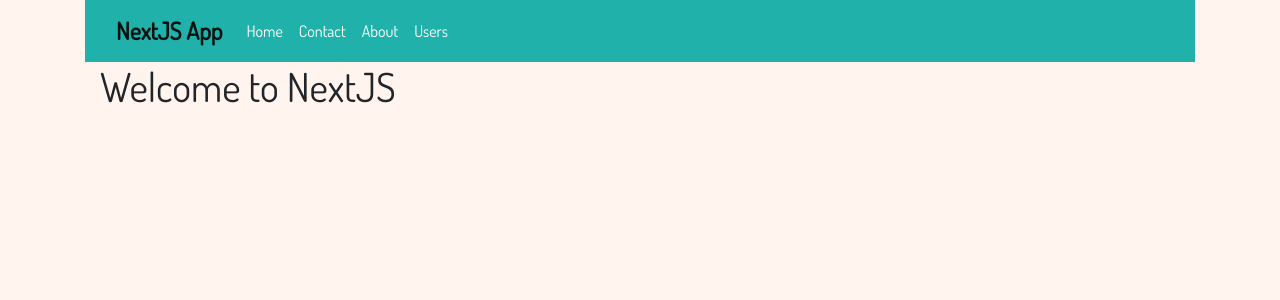
Repository: CaptainStorm21/NextJS-React16
Page: /
The author's editor kept a copy of each file at every save. The page is drawn from the files as they stood at one save, then again after the next save.
The browser window is 1280 px wide. The pictures show the whole page.
The page's requests for data from a server got no answer. The project was rebuilt for these pictures with package versions that can differ from the ones it lists, and the page was loaded fresh each time. The framework's server and built-in components were replaced by stand-ins that run in the browser. No one was signed in, and anything a server would have sent is missing. Also part of the build but not shown: styles/main.css.

Above is the page before, as saved 2020-06-10 17:42:51.

### pages/index.js
import React, { Component } from "react";
import axios from "axios";
import MainLayout from "../components/layouts/MainLayout";
// import '../styles/main.css'
import MyStyle from '../styles/main.css';

export default class Home extends Component {
  static async getInitialProps({ pathname, query, asPath, req, res }) {
    let userData;

    try {
      const response = await axios.get(
        "http://jsonplaceholder.typicode.com/users/1"
      );
      userData = response.data;
      // console.log('getting loaded first')
      // console.log(userData)
    } catch {
      console.log("error");
    }
    // const request = axios.get('http://jsonplaceholder.typicode.com/users/1')
    //   .then(response => {
    //                             console.log(response.data)
    //                           })
    // console.log(context);

    console.log(pathname);
    console.log(res);
    console.log(req);

    return {
      user: {
        name: "Francis",
        lastName: "Medici",
      },
      userData,
    };
  }
  constructor(props) {
    super(props);
    // console.log("constructor");
    console.log(this.props.user);
    this.state = {
      user: this.props.user,
      userData: this.props.userData,
    };
  }
  render() {
    console.log(this.props.user);
    console.log(this.state);
    return (
      <>
        <MainLayout>
          <h1 className={MyStyle.superAwesome}>Welcome to NextJS</h1>
        </MainLayout>
      </>
    );
  }
}

### components/layouts/MainLayout.js
import React from "react";
import Header from "../includes/Header";
import Head from "next/head";

const mainLayout = (props) => (
  <>
    <Head>
      <title>Welcomet NextJS App</title>
      <link href="#" rel="stylesheet" />
      <link
        href="https://fonts.googleapis.com/css2?family=Dosis&display=swap"
        rel="stylesheet"
      />
      <link
        href="https://cdnjs.cloudflare.com/ajax/libs/twitter-bootstrap/4.3.1/css/bootstrap.min.css"
        rel="stylesheet"
      />
      <link href="/static/css/styles.css" rel="stylesheet" />
    </Head>
    <div className="mainLayout container">
      <Header />
      <div className="container">{props.children}</div>
    </div>
  </>
);

export default mainLayout;

### components/includes/Header.js
import React, { Component } from "react";
import Link from "next/link";

const Header = () => (
  <>
    <header>
      <div className="container">
        <nav className="navbar navbar-expand-lg navbar-light">
          <Link href="/">
            <a className="navbar-brand">NextJS App</a>
          </Link>

          <div className="collapse navbar-collapse">
            <div className="navbar-nav">
              <Link href="/">
                <a className="nav-item nav-link">Home</a>
              </Link>
              <Link href="/contact">
                <a className="nav-item nav-link">Contact</a>
              </Link>
              <Link href="/about">
                <a className="nav-item nav-link">About</a>
              </Link>
              <Link href="/users">
                <a className="nav-item nav-link">Users</a>
              </Link>
            </div>
          </div>
        </nav>
      </div>
    </header>
  </>
);

export default Header;

### static/css/styles.css
.contact_static {
  color: green;
  background-color: yellow;
}

header {
  background: #333333;
}

header .navbar-brand {
  color: darkslategrey;
  font-weight: 900;
  font-size:  24px;
}

header .navbar-nav .nav-item {
  color: #ffffff !important;
}

body {
  font-family: "Dosis", sans-serif;
  background-color:  seashell;
}

header {
  background: lightseagreen;
}

After the next save:
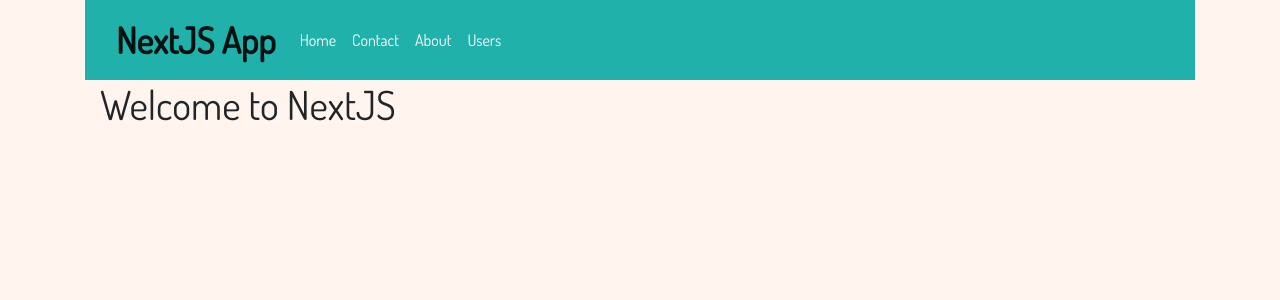
Saved 10 s later.
--- a/static/css/styles.css
+++ b/static/css/styles.css
@@ -10,7 +10,7 @@ header {
 header .navbar-brand {
   color: darkslategrey;
   font-weight: 900;
-  font-size:  24px;
+  font-size:  36px;
 }
 
 header .navbar-nav .nav-item {
